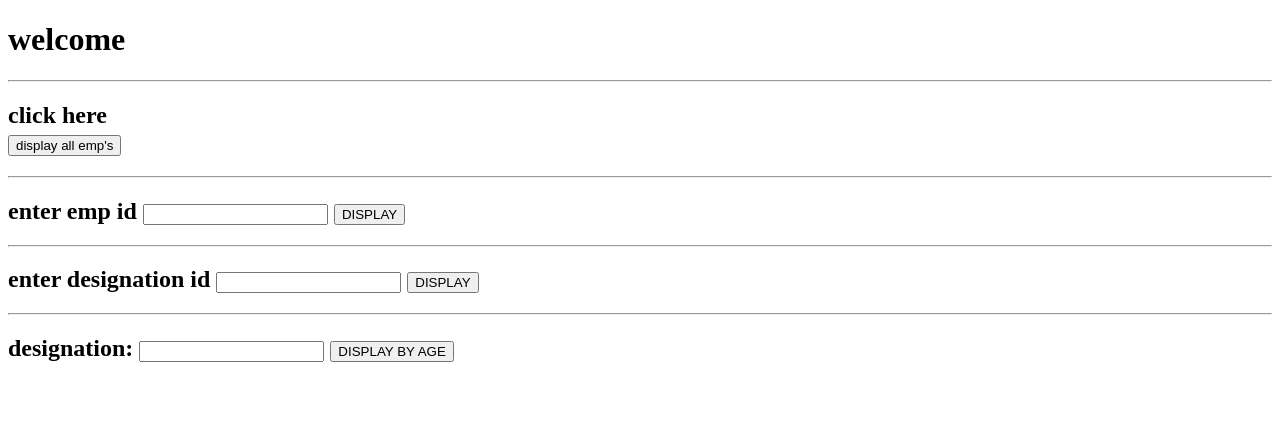
Repository: Saikumar6901/DBSTrainingModules
Page: http://localhost/dbsdemo/Viewall.jsp
The author's editor kept a copy of each file at every save. The page is drawn from the files as they stood at one save, then again after the next save.
The browser window is 1280 px wide. The pictures show the whole page.
The page is served by Tomcat 9.

Above is the page before, as saved 2019-08-17 06:01:33.

After the next save:
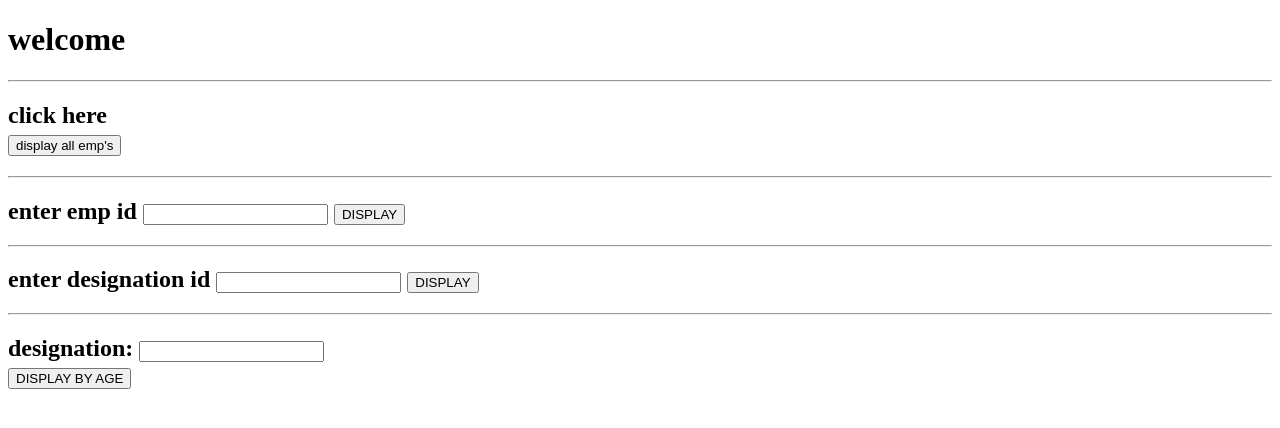
Saved 4 s later.
--- a/workspace-spring-tool-suite-4-4.3.2.RELEASE/dbsdemo/src/main/webapp/Viewall.jsp
+++ b/workspace-spring-tool-suite-4-4.3.2.RELEASE/dbsdemo/src/main/webapp/Viewall.jsp
@@ -37,7 +37,7 @@ enter designation id <input type="text" name="design">
 
 <form action="displayByAge" method="post">
 <h2>
-designation: <input type="text" name="designation">
+designation: <input type="text" name="designation"><br>
 <input type="submit" name="submit" value="DISPLAY BY AGE">
 </h2>
 </form>
